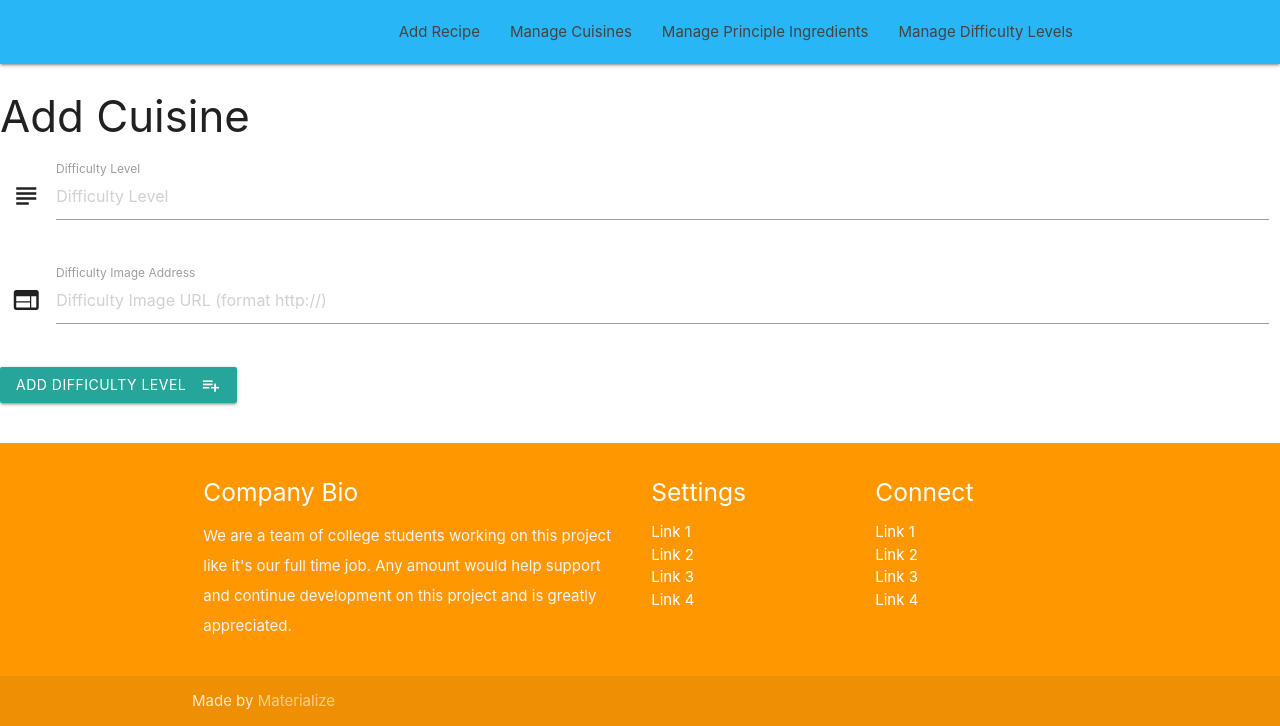
Repository: keefm6776/cookery-website
Page: templates/edit_difficulty.html
The author's editor kept a record of every edit. The page is drawn from the files as they stood at one moment, then again after the next edit.
The browser window is 1280 px wide. The pictures show the whole page.
The page is served by the project's application, run on Flask 3 (app.py). The template is opened directly, without the code that normally fills it, so the values that code supplies are empty.

Above is the page before.

After the next edit:
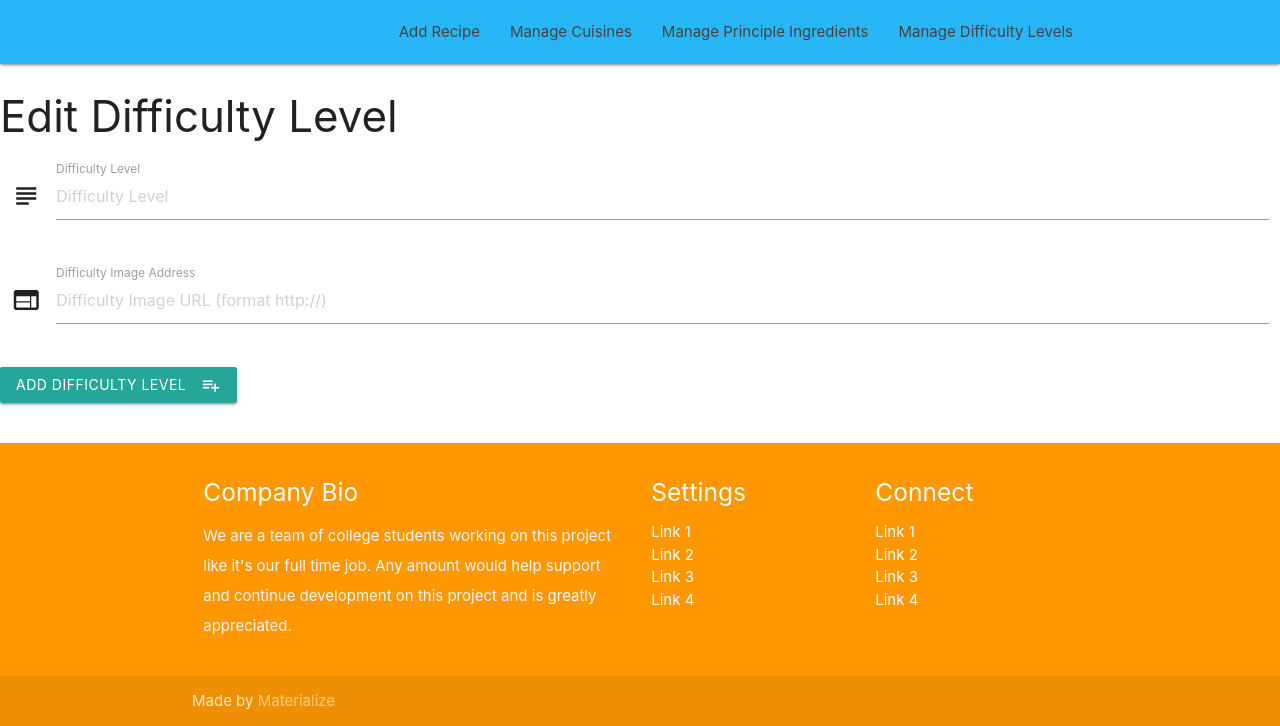
The edit:
--- a/templates/edit_difficulty.html
+++ b/templates/edit_difficulty.html
@@ -1,6 +1,6 @@
 {% extends 'base.html' %} {% block content %}
 
-<h3>Add Cuisine</h3>
+<h3>Edit Difficulty Level</h3>
 
 <div class="row">
     <form action="{{url_for('update_difficulty', difficulty_id=difficulty._id )}}" method="POST" class="col s12">
